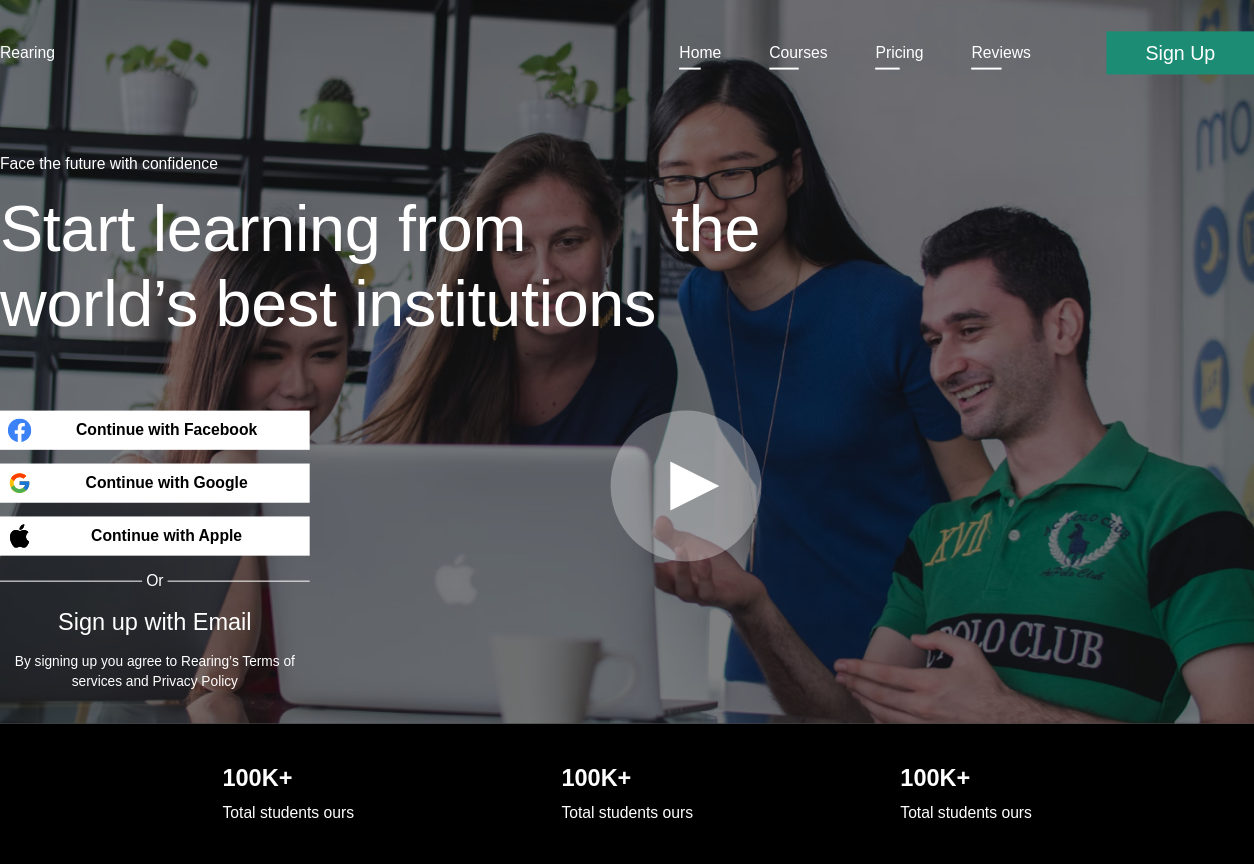
Repository: vandangnhathung/educationplatform
Page: /
These files come from the project's save history. The page is drawn as it stood at one moment and after the next save; the edit follows.
The browser window is 1280 px wide. The pictures show the whole page, at 98% of full size.
The project was rebuilt for these pictures with package versions that can differ from the ones it lists, and the page was loaded fresh each time.

Above is the page before, as saved 2022-06-21 00:30:23.

After the next save:
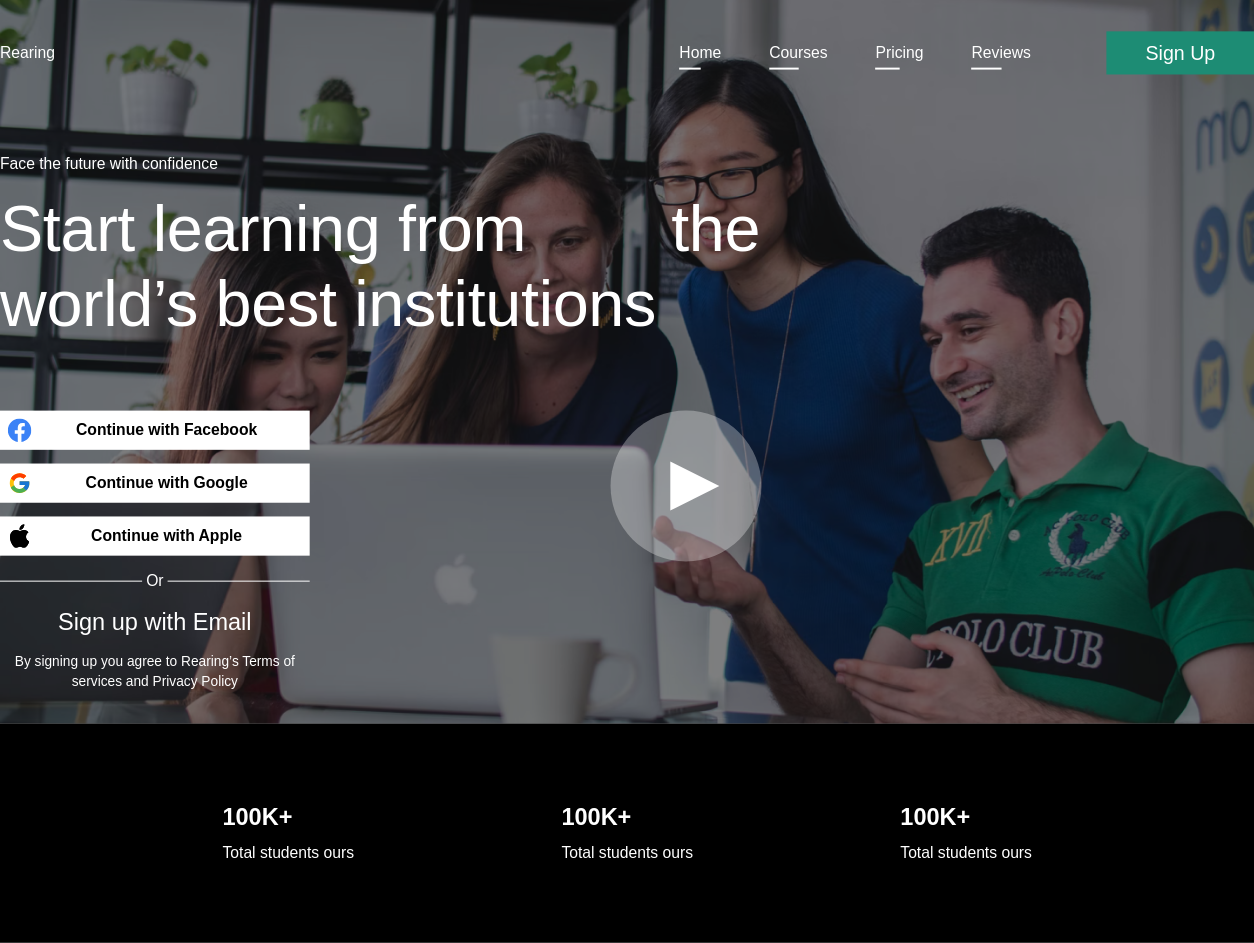
Saved 13 s later.
--- a/src/components/header/HeaderStatistic.js
+++ b/src/components/header/HeaderStatistic.js
@@ -2,7 +2,7 @@ import React from "react";
 
 const HeaderStatistic = () => {
   return (
-    <div className="header-statistic bg-[#000] p-10">
+    <div className="header-statistic bg-[#000] p-20">
       <div className="max-w-[826px] mx-auto flex items-center justify-between text-white">
         <div className="header-statistic__info flex flex-col gap-y-2">
           <span className="inline-block text-2xl font-bold">100K+</span>
